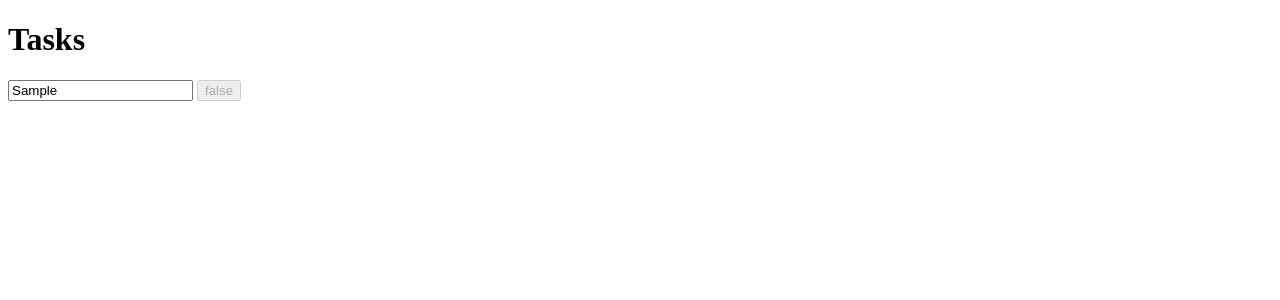
Repository: sofia123776/WEBPROGRAMMING
Page: task.html
An editor plug-in stored every save of this project. The page is shown before and after the next save, followed by the edit.
The browser window is 1280 px wide. The pictures show the whole page.
Empty fields were first filled with sample values (such as "Sample", 5 or name@example.com).
After loading, the first visible `#task` was changed once.

Above is the page before, as saved 2025-11-10 11:22:57.

### task.html
<!DOCTYPE html>
<html lang="en">
<head>
    <meta charset="UTF-8">
    <meta name="viewport" content="width=device-width, initial-scale=1.0">
    <title>Tasks</title>
    <script>
        document.addEventListener('DOMContentLoaded', function() {

            document.querySelector('#submit').disabled = true;

            document.querySelector('#task').onkeyup = () =>{
                document.querySelector('#submit').value = false

            }
            document.querySelector('form').onsubmit = function() {
                const task  = document.querySelector('#task').value;

                const li = document.createElement('li');
                li.innerHTML = task;

                document.querySelector('#tasks').append(li);

                document.querySelector('#task').value = '';
                document.querySelector('#submit').disabled = true;

                return false;


            }
        });


    </script>
</head>
<body>
    <h1>Tasks</h1>
    <ul id="tasks"></ul>


    <form >
        <input id="task" placeholder="New Task" type="text">
        <input id="submit" type="submit">
    </form>
</body>
</html>

After the next save:
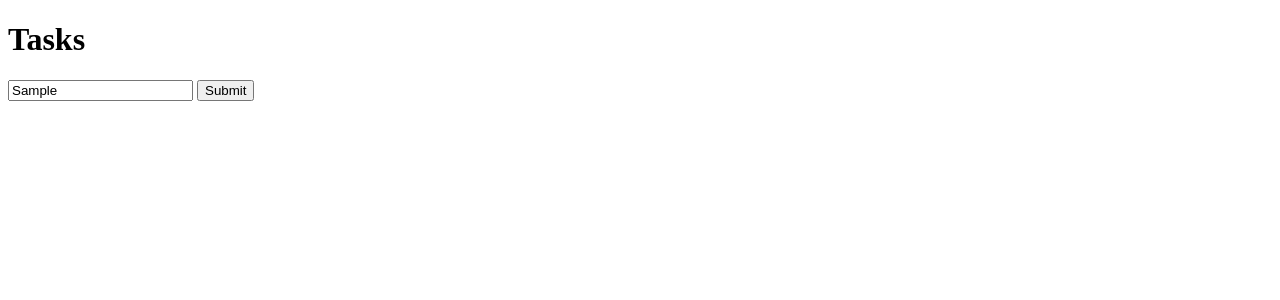
Saved 3 min 26 s later.
--- a/task.html
+++ b/task.html
@@ -10,7 +10,7 @@
             document.querySelector('#submit').disabled = true;
 
             document.querySelector('#task').onkeyup = () =>{
-                document.querySelector('#submit').value = false
+                document.querySelector('#submit').disabled = false
 
             }
             document.querySelector('form').onsubmit = function() {
@@ -23,6 +23,7 @@
 
                 document.querySelector('#task').value = '';
                 document.querySelector('#submit').disabled = true;
+
 
                 return false;
 
